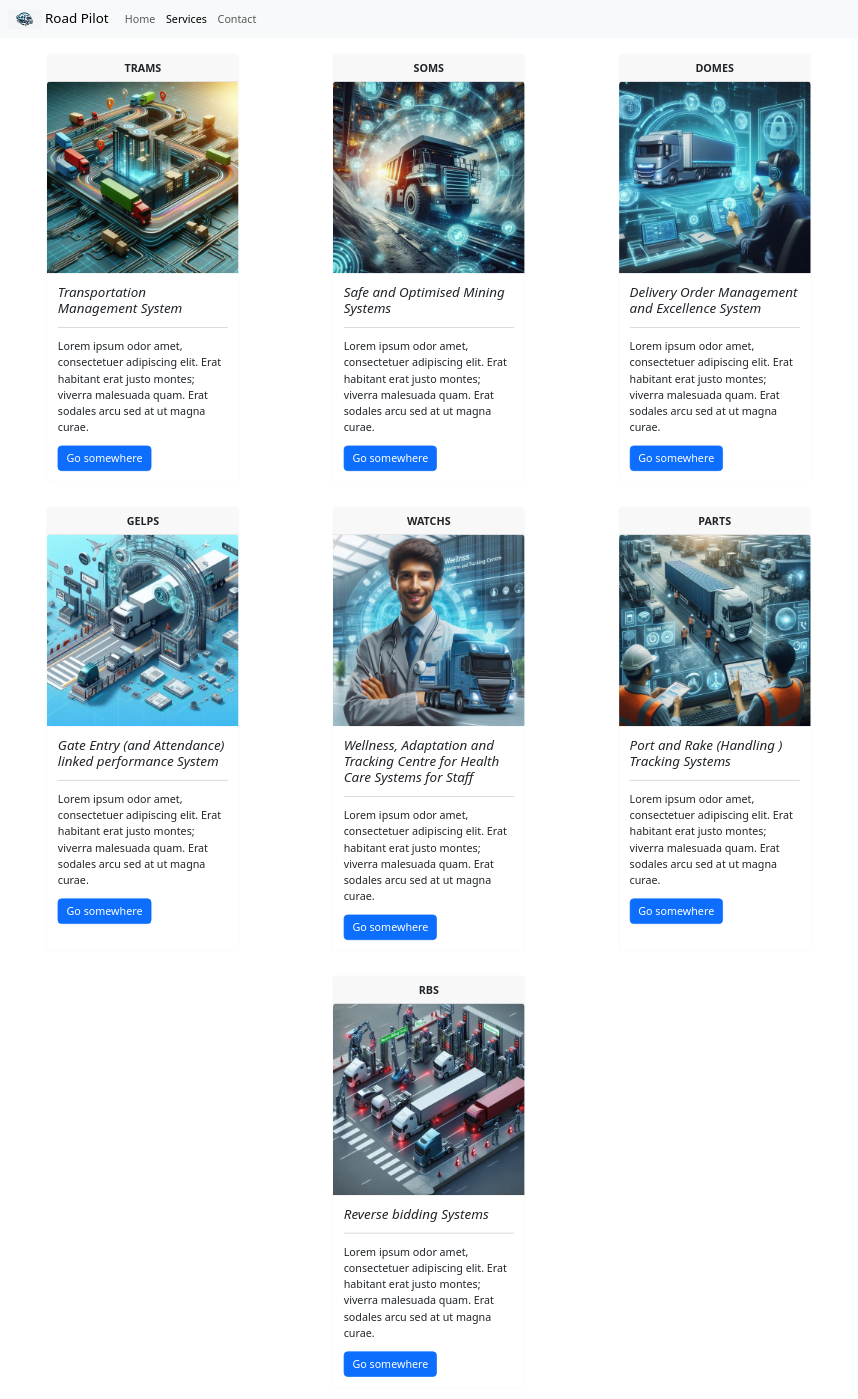
Repository: VictoriousMango/WebCreator
Page: pages/Services.html
The author's editor kept a copy of each file at every save. The page is drawn from the files as they stood at one save, then again after the next save.
The browser window is 1280 px wide. The pictures show the whole page, at 67% of full size.

Above is the page before, as saved 2024-11-09 12:22:39.

### pages/Services.html
<!DOCTYPE html>
<html lang="en">

<head>
    <meta charset="UTF-8">
    <meta name="viewport" content="width=device-width, initial-scale=1.0">
    <title>Web Creator</title>
    <link href="https://cdn.jsdelivr.net/npm/bootstrap@5.3.3/dist/css/bootstrap.min.css" rel="stylesheet"
        integrity="sha384-QWTKZyjpPEjISv5WaRU9OFeRpok6YctnYmDr5pNlyT2bRjXh0JMhjY6hW+ALEwIH" crossorigin="anonymous">
    <link rel="stylesheet" href="../assets/css/services.css">
</head>

<body>
    <!-- Navbar -->
    <nav class="navbar navbar-expand-lg bg-body-tertiary">
        <div class="container-fluid">
            <a class="navbar-brand" href="#">
                <img src="../assets/images/Logo.png" alt="Logo" width="50px" class="d-inline-block align-text-top">
                Road Pilot
            </a>
            <button class="navbar-toggler" type="button" data-bs-toggle="collapse" data-bs-target="#navbarNav"
                aria-controls="navbarNav" aria-expanded="false" aria-label="Toggle navigation">
                <span class="navbar-toggler-icon"></span>
            </button>
            <div class="collapse navbar-collapse" id="navbarNav">
                <ul class="navbar-nav">
                    <li class="nav-item">
                        <a class="nav-link" href="../">Home</a>
                    </li>
                    <li class="nav-item">
                        <a class="nav-link active" aria-current="page" href="#">Services</a>
                    </li>
                    <li class="nav-item">
                        <a class="nav-link" href="./contact.html">Contact</a>
                    </li>
                </ul>
            </div>
        </div>
    </nav>
    <!-- NavBar -->
    <!-- Solutions/Softwares we may provide
            *Transportation Management System (TRAMS)
            *Safe and Optimised Mining Systems (SOMS)
            *Delivery Order Management and Excellence System (DOMES)
            *Gate Entry (and Attendance) linked performance System (GELPS)
            *Wellness ,Adaptation and Tracking Centre for Health Care Systems for Staff(WATCHS)
            *Port and Rake (Handling ) Tracking Systems(PARTS)
            *Reverse bidding Systems
    -->
    <div class="services">
        <!-- TRAMS -->
        <div class="card border-light mb-3" style="width: 18rem;">
            <div class="card-header">
                <b>TRAMS</b>
            </div>
            <img src="../assets/images/TRAMS.png" class="card-img-top" alt="...">
            <div class="card-body">
                <h5 class="card-title"><i>Transportation Management System</i></h5>
                <hr>
                <p class="card-text">Lorem ipsum odor amet, consectetuer adipiscing elit. Erat habitant erat justo montes; viverra malesuada quam. Erat sodales arcu sed at ut magna curae.</p>
                <a href="#" class="btn btn-primary">Go somewhere</a>
            </div>
        </div>
        <!-- SOMS -->
        <div class="card border-light mb-3" style="width: 18rem;">
            <div class="card-header">
                <b>SOMS</b>
            </div>
            <img src="../assets/images/SOMS.png" class="card-img-top" alt="...">
            <div class="card-body">
                <h5 class="card-title"><i>Safe and Optimised Mining Systems</i></h5>
                <hr>
                <p class="card-text">Lorem ipsum odor amet, consectetuer adipiscing elit. Erat habitant erat justo montes; viverra malesuada quam. Erat sodales arcu sed at ut magna curae.</p>
                <a href="#" class="btn btn-primary">Go somewhere</a>
            </div>
        </div>
        <!-- DOMES -->
        <div class="card border-light mb-3" style="width: 18rem;">
            <div class="card-header">
                <b>DOMES</b>
            </div>
            <img src="../assets/images/DOMES.png" class="card-img-top" alt="...">
            <div class="card-body">
                <h5 class="card-title"><i>Delivery Order Management and Excellence System</i></h5>
                <hr>
                <p class="card-text">Lorem ipsum odor amet, consectetuer adipiscing elit. Erat habitant erat justo montes; viverra malesuada quam. Erat sodales arcu sed at ut magna curae.</p>
                <a href="#" class="btn btn-primary">Go somewhere</a>
            </div>
        </div>
        <!-- GELPS -->
        <div class="card border-light mb-3" style="width: 18rem;">
            <div class="card-header">
                <b>GELPS</b>
            </div>
            <img src="../assets/images/GELPS.png" class="card-img-top" alt="...">
            <div class="card-body">
                <h5 class="card-title"><i>
                    Gate Entry (and Attendance) linked performance System
                </i></h5>
                <hr>
                <p class="card-text">Lorem ipsum odor amet, consectetuer adipiscing elit. Erat habitant erat justo montes; viverra malesuada quam. Erat sodales arcu sed at ut magna curae.</p>
                <a href="#" class="btn btn-primary">Go somewhere</a>
            </div>
        </div>
        <!-- WATCHS -->
        <div class="card border-light mb-3" style="width: 18rem;">
            <div class="card-header">
                <b>WATCHS</b>
            </div>
            <img src="../assets/images/WATCHS.png" class="card-img-top" alt="...">
            <div class="card-body">
                <h5 class="card-title"><i>Wellness, Adaptation and Tracking Centre for Health Care Systems for Staff</i></h5>
                <hr>
                <p class="card-text">Lorem ipsum odor amet, consectetuer adipiscing elit. Erat habitant erat justo montes; viverra malesuada quam. Erat sodales arcu sed at ut magna curae.</p>
                <a href="#" class="btn btn-primary">Go somewhere</a>
            </div>
        </div>
        <!-- PARTS -->
        <div class="card border-light mb-3" style="width: 18rem;">
            <div class="card-header">
                <b>PARTS</b>
            </div>
            <img src="../assets/images/PARTS.png" class="card-img-top" alt="...">
            <div class="card-body">
                <h5 class="card-title"><i>Port and Rake (Handling ) Tracking Systems</i></h5>
                <hr>
                <p class="card-text">Lorem ipsum odor amet, consectetuer adipiscing elit. Erat habitant erat justo montes; viverra malesuada quam. Erat sodales arcu sed at ut magna curae.</p>
                <a href="#" class="btn btn-primary">Go somewhere</a>
            </div>
        </div>
        <!-- RBS -->
        <div class="card border-light mb-3" style="width: 18rem;">
            <div class="card-header">
                <b>RBS</b>
            </div>
            <img src="../assets/images/RBS.png" class="card-img-top" alt="...">
            <div class="card-body">
                <h5 class="card-title"><i>Reverse bidding Systems</i></h5>
                <hr>
                <p class="card-text">Lorem ipsum odor amet, consectetuer adipiscing elit. Erat habitant erat justo montes; viverra malesuada quam. Erat sodales arcu sed at ut magna curae.</p>
                <a href="#" class="btn btn-primary">Go somewhere</a>
            </div>
        </div>
    </div>


    <!-- Scripts -->
    <script src="https://cdn.jsdelivr.net/npm/bootstrap@5.3.3/dist/js/bootstrap.bundle.min.js"
        integrity="sha384-YvpcrYf0tY3lHB60NNkmXc5s9fDVZLESaAA55NDzOxhy9GkcIdslK1eN7N6jIeHz"
        crossorigin="anonymous"></script>
    <script src="https://cdn.jsdelivr.net/npm/@popperjs/core@2.11.8/dist/umd/popper.min.js"
        integrity="sha384-I7E8VVD/ismYTF4hNIPjVp/Zjvgyol6VFvRkX/vR+Vc4jQkC+hVqc2pM8ODewa9r"
        crossorigin="anonymous"></script>
    <script src="https://cdn.jsdelivr.net/npm/bootstrap@5.3.3/dist/js/bootstrap.min.js"
        integrity="sha384-0pUGZvbkm6XF6gxjEnlmuGrJXVbNuzT9qBBavbLwCsOGabYfZo0T0to5eqruptLy"
        crossorigin="anonymous"></script>
</body>

</html>

### assets/css/services.css
.navbar {
    background-color: rgba(208, 255, 255, 0.8);
    position: fixed; /* Make the navbar fixed */
    top: 0; /* Stick to the top */
    width: 100%; /* Full width */
    z-index: 1000; /* Ensure it stays above other content */
}

.services {
    padding-top: 60px;
    display: flex;
    flex-wrap: wrap;
    justify-content: space-around;
}

.card {
    width: 200px;
    margin: 20px;
    .box-shadow: 0 0 20px rgba(0, 217, 255, 0.7);
}

.card:hover {
    transform: scale(1.05);
    transition: ease-in-out;
    box-shadow: 0 0 20px rgba(0, 217, 255, 0.7); /* Change the color and intensity as needed */
}

.card-header {
    display: flex;
    justify-content: center;
}

After the next save:
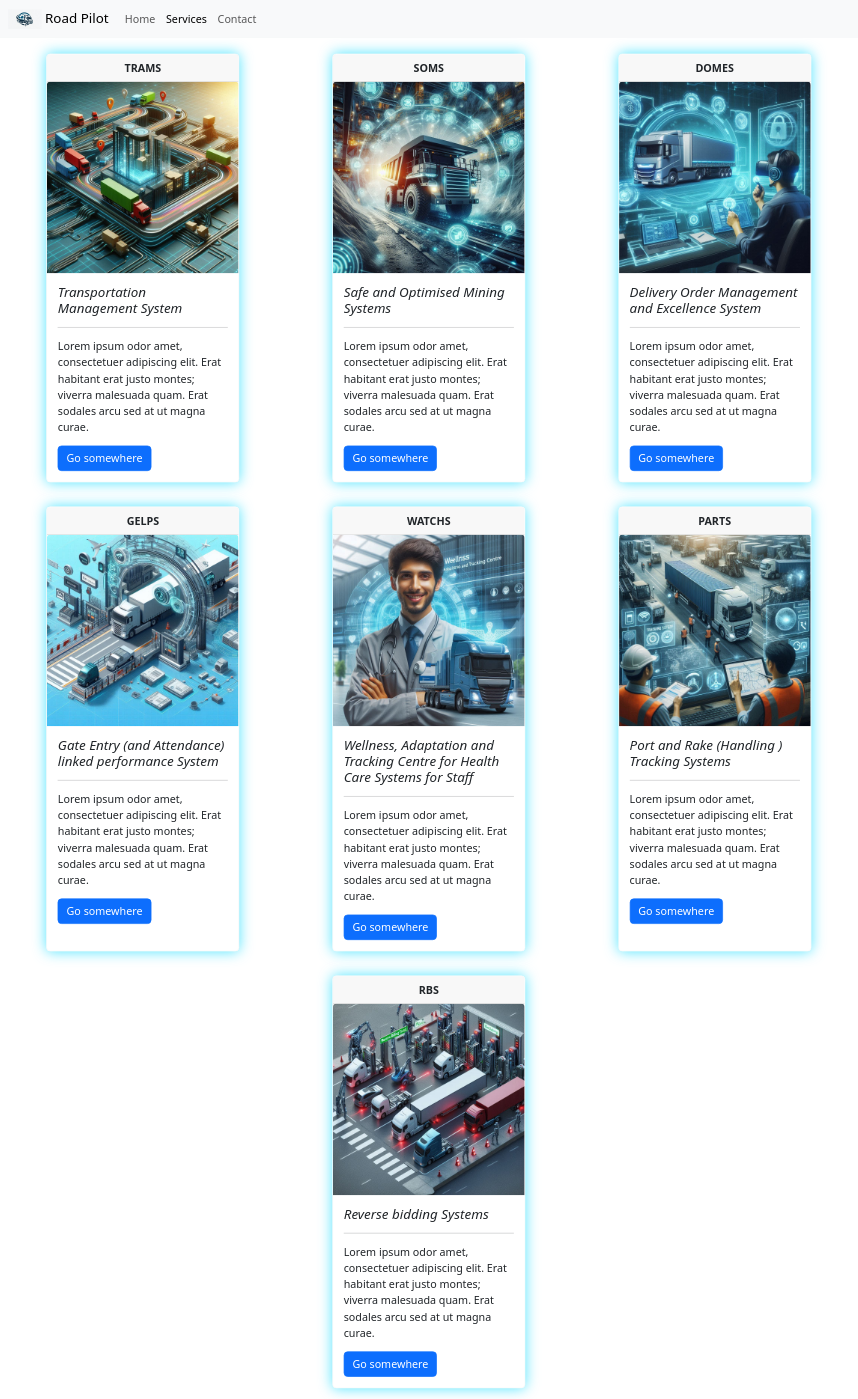
Saved 6 s later.
--- a/assets/css/services.css
+++ b/assets/css/services.css
@@ -16,7 +16,7 @@
 .card {
     width: 200px;
     margin: 20px;
-    .box-shadow: 0 0 20px rgba(0, 217, 255, 0.7);
+    box-shadow: 0 0 20px rgba(0, 217, 255, 0.7);
 }
 
 .card:hover {
